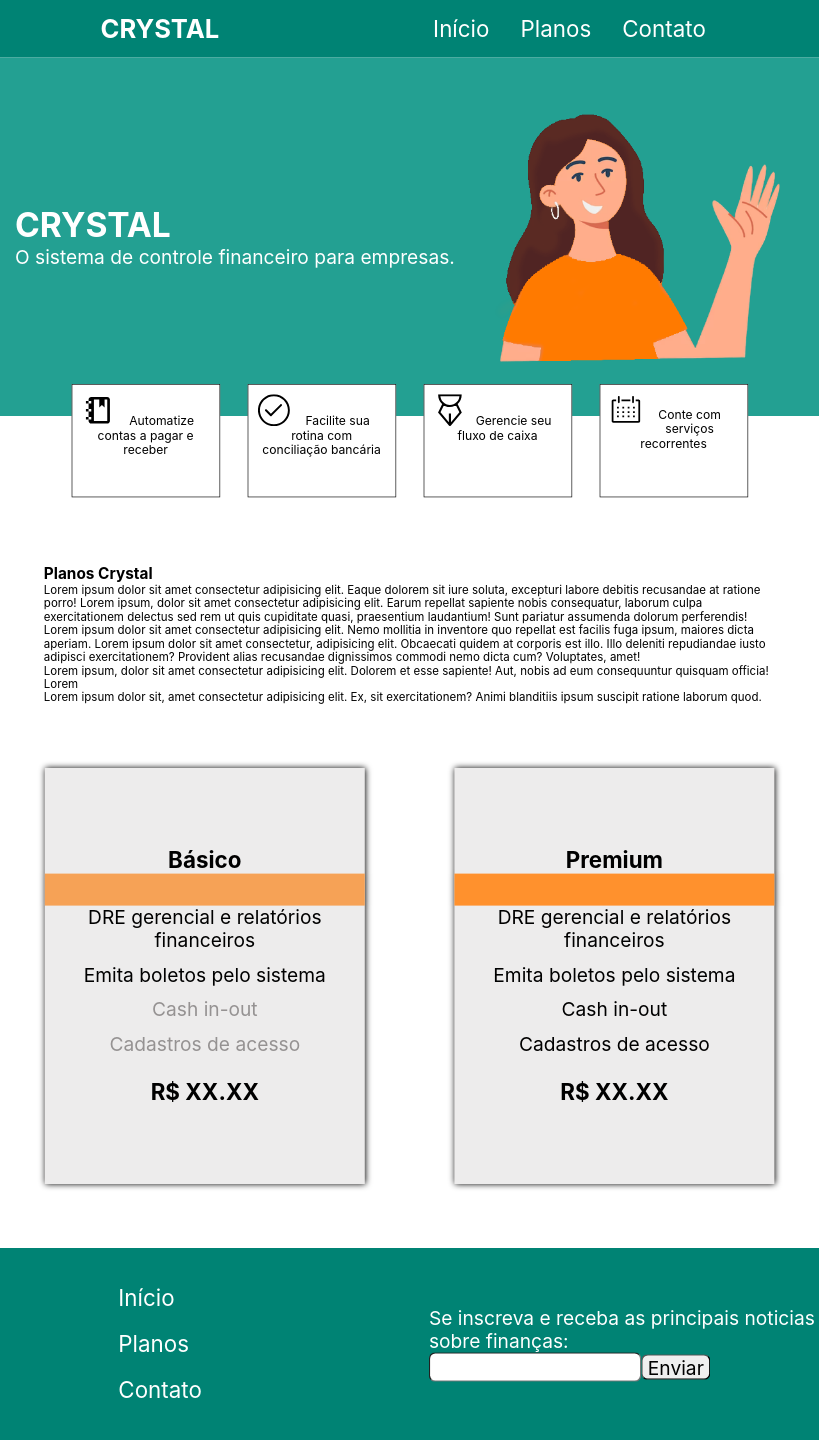
Repository: Matheus904-12/Crystallize
Page: index.html
An editor plug-in stored every save of this project. The page is shown before and after a run of saves, followed by the edit.
The browser window is 1280 px wide. The pictures show the whole page, at 64% of full size.
Some web fonts or font styles are not loaded; a fallback is used.

Above is the page before, as saved 2023-07-24 21:17:59.

### index.html
<!DOCTYPE html>
<html lang="pt-br">

<head>
    <meta charset="UTF-8">
    <meta name="viewport" content="width=device-width, initial-scale=1.0">

    <title>Crystal</title>

    <link rel="stylesheet" href="style.css">

</head>

<body>

    <header id="header">

        <h1 class="textoBranco logo">
            CRYSTAL
        </h1>

        <div class="textoBranco links">
            <a href="#header" class="paginas">Início</a>
            <a href="#planosOPC" class="paginas">Planos</a>
            <a href="contato.html" class="paginas">Contato</a>
        </div>

    </header>
    <section class="destaque">
        <div id="textLateral">
            <div class="textoBranco" id="titulo">
                <h1>CRYSTAL</h1>
            </div>
            <div class="textoBranco">
                <p>O sistema de controle financeiro para empresas.</p>
            </div>
        </div>
        <div class="textoBranco">
            <img src="mulher.png" alt="mulher acenando">
        </div>
    </section>
    <div class="boxes">
        <div class="box">
            <img src="planner.svg" alt="Logotipo">
            <h1></h1>
            <p>Automatize contas a pagar e receber</p>
        </div>
        <div class="box">
            <img src="check.svg" alt="Logotipo">
            <h1></h1>
            <p>Facilite sua rotina com conciliação bancária</p>
        </div>
        <div class="box">
            <img src="caneta.svg" alt="Logotipo">
            <h1></h1>
            <p>Gerencie seu fluxo de caixa</p>
        </div>
        <div class="box">
            <img src="calendario.svg" alt="Logotipo">
            <h1></h1>
            <p style="margin-top: 20px;">Conte com serviços recorrentes</p>
        </div>
    </div>

    <section id="planosOpc">
        <h1 class="textoPadrao planoTitulo">
            Planos Crystal
        </h1>
        <div class="textoPadrao planoTexto">
            <p>Lorem ipsum dolor sit amet consectetur adipisicing elit. Eaque dolorem sit iure soluta, excepturi labore debitis recusandae at ratione porro! Lorem ipsum, dolor sit amet consectetur adipisicing elit. Earum repellat sapiente nobis consequatur, laborum culpa exercitationem delectus sed rem ut quis cupiditate quasi, praesentium laudantium! Sunt pariatur assumenda dolorum perferendis!</p>
            <p>Lorem ipsum dolor sit amet consectetur adipisicing elit. Nemo mollitia in inventore quo repellat est facilis fuga ipsum, maiores dicta aperiam. Lorem ipsum dolor sit amet consectetur, adipisicing elit. Obcaecati quidem at corporis est illo. Illo deleniti repudiandae iusto adipisci exercitationem? Provident alias recusandae dignissimos commodi nemo dicta cum? Voluptates, amet!</p>
            <p>Lorem ipsum, dolor sit amet consectetur adipisicing elit. Dolorem et esse sapiente! Aut, nobis ad eum consequuntur quisquam officia! Lorem</p>
            <p>Lorem ipsum dolor sit, amet consectetur adipisicing elit. Ex, sit exercitationem? Animi blanditiis ipsum suscipit ratione laborum quod.</p>
        </div>
    </section>

    <nav class="opcoes">
        <div class="basic">
            <h2>Básico</h2>
            <div class="faixaBasic"></div>
            <p class="textoPadrao">DRE gerencial e relatórios financeiros</p>
            <br>
            <p class="textoPadrao">Emita boletos pelo sistema</p>
            <br>
            <p class="textoPadrao desativado">Cash in-out</p>
            <br>
            <p class="textoPadrao desativado">Cadastros de acesso</p>
            <br>
            <br>
            <h2>R$ XX.XX</h2>
        </div>

        <div class="premium">
            <h2>Premium</h2>
            <div class="faixa"></div>
            <p class="textoPadrao">DRE gerencial e relatórios financeiros</p>
            <br>
            <p class="textoPadrao">Emita boletos pelo sistema</p>
            <br>
            <p class="textoPadrao">Cash in-out</p>
            <br>
            <p class="textoPadrao">Cadastros de acesso</p>
            <br>
            <br>
            <h2>R$ XX.XX</h2>

        </div>
    </nav>

    <footer>
        <div class="textoBranco coluna">
            <a href="#header" class="paginasVertical">Início</a>
            <a href="#planosOPC" class="paginasVertical">Planos</a>
            <a href="contato.html" class="paginasVertical">Contato</a>
        </div>

        <div id="inscrever">
            <div class="coluna">
                <p class="textoBranco" id="inscricao">Se inscreva e receba as principais noticias sobre finanças:</p>
                <br>
                <br>
                <br>
                <br>
                <div class="inscreverse">
                    <input id="email" type="email">

                    <button id="enviar">Enviar</button>
                </div>
            </div>
        </div>
    </footer>
</body>

</html>

### style.css
/* RESET */

* {
    margin: 0;
}

/* FIM RESET */

/* PADRAO */

@font-face {
    font-family: "inter";
    src: url(atributos/fontInter/Inter-VariableFont_slnt\,wght.ttf);
}

h2 {
    font-size: 35px;
    font-family: "inter";
}

.textoBranco {
    font-family: "inter";
    color: #fff;
    font-size: 30px;
}

.textoPadrao {
    font-family: "inter";
    font-size: 30px;
}

html {
    scroll-behavior: smooth;
}

/* FIM PADRAO */


/* HEADER */

#header {
    background-color: #008374;
    width: 100vw;
    height: 90px;

    display: flex;
    justify-content: space-around;
    align-items: center;

}

.logo {
    font-size: 40px;
    color: #fff;
  }



.paginas {
    font-size: 35px;
    color: #fff;
    text-decoration: none;
    padding: 0px 20px;
}

/* FIM HEADER */

/* DESTAQUE */

.destaque {
    display: flex;
    align-items: center;
    justify-content: space-around;
    width: 100vw;
    height: 560px;

    background-color: #23A092;
}

#titulo {
    font-family: "inter";
    font-size: 35px;

}

/* FIM DESTAQUE*/










/* PLANOS */

.planosOpc {
    position: absolute;
    display: flex;
    width: 100px;
    height: 200px;
    font-size: 18px;
    flex-wrap: wrap;
  }

  .planoTitulo {
    font-size: 24px;
    margin-top: 5px;
    padding: 0px 50px 0px 68.5px;
  }

  .planoTexto {
    padding: 0px 68.5px 0px 68.5px;
    font-size: 18px;
  }
/* FIM PLANOS */

/* OPCOES */

.opcoes {
    padding: 100px 0px;
    width: 100vw;
    display: flex;
    justify-content: space-around;
    text-align: center;
}

.faixa {
    width: 500px;
    height: 50px;

    background-color: #FF912D;
}

.faixaBasic {
    width: 500px;
    height: 50px;

    background-color: #F6A256;
}



.basic {
            background-color: #EDECEC;

            width: 500px;
            height: 650px;

            display: flex;
            justify-content: center;
            flex-direction: column;

            filter: drop-shadow(1px 0px 5px #000000);

        }

.desativado {
    color: #959292;
}

.premium {
            background-color: #EDECEC;

            width: 500px;
            height: 650px;

            display: flex;
            justify-content: center;
            flex-direction: column;

            filter: drop-shadow(1px 0px 5px #000000);
        }
/* FIM OPCOES */
/* RODAPE */

footer {
    width: 100vw;
    height: 300px;

    display: flex;
    align-items: center;
    justify-content: space-around;

    background-color: #008374;
}

 .coluna {
    display: flex;
    flex-direction: column;}


.paginasVertical {
    padding: 15px;
    font-size: 35px;
    color: #fff;
    text-decoration: none;
}

#inscrever {
    width: 440px;
    height: 300px;

    flex-direction: column;
    display: flex;
    align-content: center;
    justify-content: space-around;

}

#inscricao {
    position: absolute;
}

#email {
    width: 400px;
    height: 40px;
    border-radius: 10px;
}

#enviar {
    width: 130px;
    height: 40px;
    border-radius: 10px;
    font-size: 30px;
    font-family: "inter";
}

.inscreverse {
    display: flex;
    align-items: center;
}
/*Caxinhas*/
.box {
    width: 200px;
    height: 145px;
    border: 1px solid black;
    padding: 15px;
    margin: 10px;
    margin-top: -50px;
    background-color: #FFF;
  }

  .box h1 {
    font-size: 20px;
    font-weight: bold;
  }

  .box p {
    color: #000;
    font-family: Inter;
    font-size: 19px;
    font-style: normal;
    font-weight: 400;
    line-height: normal;
    margin-top: 30px;
    text-align: center;
  }

  .box img {
    width: 50px;
    height: 50px;
    float:inline-start;
    margin-right: 10px;
    margin-top: 80px;
  }

  .boxes {
    display: flex;
    justify-content: space-around;
    align-items: center;
    padding: 90px;
    margin-top: -90px;
  }

  .box img {
    display: block;
    margin: 0 auto;
  }

  .box {
    display: inline-block;
  }

  /* INFORMACOES */

.info {
    display: flex;
    flex-direction: column;

    margin: 100px 500px

}

.comoContatar {
    margin: 100px 100px
}
/* FIM INFORMACOES */

After the next 2 saves:
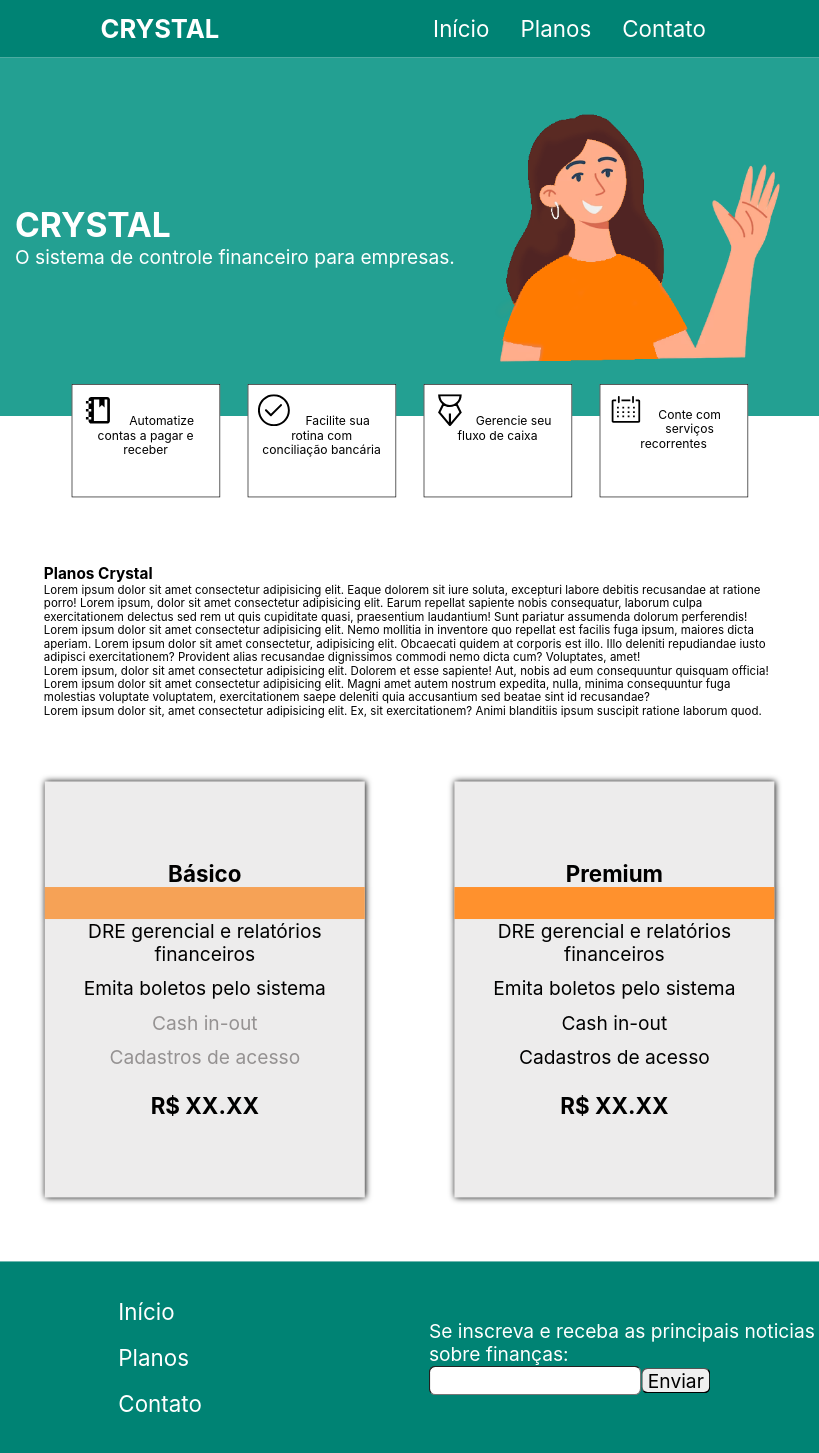
The 2 saves are shown as one change because they came seconds apart.
The last was saved 7 s later.
--- a/index.html
+++ b/index.html
@@ -69,7 +69,7 @@
         <div class="textoPadrao planoTexto">
             <p>Lorem ipsum dolor sit amet consectetur adipisicing elit. Eaque dolorem sit iure soluta, excepturi labore debitis recusandae at ratione porro! Lorem ipsum, dolor sit amet consectetur adipisicing elit. Earum repellat sapiente nobis consequatur, laborum culpa exercitationem delectus sed rem ut quis cupiditate quasi, praesentium laudantium! Sunt pariatur assumenda dolorum perferendis!</p>
             <p>Lorem ipsum dolor sit amet consectetur adipisicing elit. Nemo mollitia in inventore quo repellat est facilis fuga ipsum, maiores dicta aperiam. Lorem ipsum dolor sit amet consectetur, adipisicing elit. Obcaecati quidem at corporis est illo. Illo deleniti repudiandae iusto adipisci exercitationem? Provident alias recusandae dignissimos commodi nemo dicta cum? Voluptates, amet!</p>
-            <p>Lorem ipsum, dolor sit amet consectetur adipisicing elit. Dolorem et esse sapiente! Aut, nobis ad eum consequuntur quisquam officia! Lorem</p>
+            <p>Lorem ipsum, dolor sit amet consectetur adipisicing elit. Dolorem et esse sapiente! Aut, nobis ad eum consequuntur quisquam officia! Lorem ipsum dolor sit amet consectetur adipisicing elit. Magni amet autem nostrum expedita, nulla, minima consequuntur fuga molestias voluptate voluptatem, exercitationem saepe deleniti quia accusantium sed beatae sint id recusandae?</p>
             <p>Lorem ipsum dolor sit, amet consectetur adipisicing elit. Ex, sit exercitationem? Animi blanditiis ipsum suscipit ratione laborum quod.</p>
         </div>
     </section>
